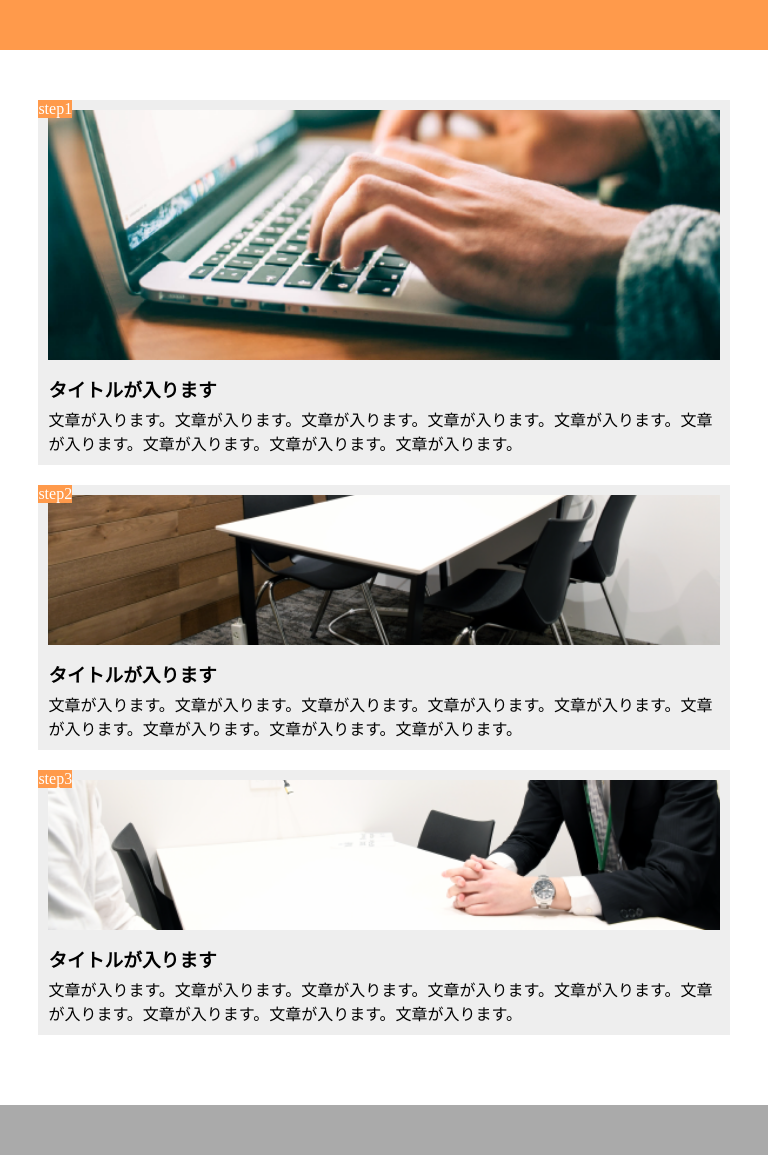
Repository: karei2640/dmm-webcanp
Page: ９章演習/９章演習.html
The author's editor kept a record of every edit. The page is drawn from the files as they stood at one moment, then again after the next edit.
The browser window is 768 px wide. The pictures show the whole page.

Above is the page before.

### ９章演習/９章演習.html
<html lang="ja">
  <head>
    <meta charset="UTF-8" />
   <meta name="viewport" content="width=device-width,initial-scale=1.0">
    <title>9章演習</title>
    <link rel="stylesheet" href="９章演習.css" />
  </head>
  <body>
    <header></header>
    <main>
      <div class="step-box">
        <div class="step-img1"></div>
        <span class="step-num">step1</span>
        <h3 class="title">タイトルが入ります</h3>
        <p class="text">
          文章が入ります。文章が入ります。文章が入ります。文章が入ります。文章が入ります。文章が入ります。文章が入ります。文章が入ります。文章が入ります。
        </p>
      </div>

      <div class="step-box">
        <div class="step-img2"></div>
        <span class="step-num">step2</span>
        <h3 class="title">タイトルが入ります</h3>
        <p class="text">
          文章が入ります。文章が入ります。文章が入ります。文章が入ります。文章が入ります。文章が入ります。文章が入ります。文章が入ります。文章が入ります。
        </p>
      </div>

      <div class="step-box">
        <div class="step-img3"></div>
        <span class="step-num">step3</span>
        <h3 class="title">タイトルが入ります</h3>
        <p class="text">
          文章が入ります。文章が入ります。文章が入ります。文章が入ります。文章が入ります。文章が入ります。文章が入ります。文章が入ります。文章が入ります。
        </p>
      </div>
    </main>
    <footer></footer>
  </body>
</html>

### ９章演習/９章演習.css
*{
  box-sizing: border-box;
  margin: 0;
  padding: 0;
}

header {
  height: 50px;
  background-color: #ff9a4b;
}

main {
  width: 960px;
  margin: 50px auto;
  display: inline-block;
}

.step-box {
  width: 300px;
  margin-right: 30px;
  padding: 10px;
  position: relative;
  background-color: #eee;
}

.step-box:last-child {
  margin-right: 0;
}

.step-img1 {
  height: 150px;
  background-image: url(img/flow01.png);
  background-position: bottom;
  background-size: cover;
}

.step-img2 {
  height: 150px;
  background-image: url(img/flow02.png);
  background-position: bottom;
  background-size: cover;
}

.step-img3 {
  height: 150px;
  background-image: url(img/flow03.png);
  background-position: bottom;
  background-size: cover;
}

.step-num {
  position: absolute;
  top: 0;
  left: 0;
  background-color: #ff9a4b;
  color: #fff;
}

.title {
  margin: 15px 0 5px;
}

footer {
  height: 50px;
  background-color: #aaa;
}


@media screen and (max-width: 768px) {
    main{
        width: 100%;
    }
.step-box{
    width:90%;
    margin-left: 5%;
    margin-right: 5%;
    margin-bottom: 20px;
}
.step-img1 {
    height: 250px;
}

}

After the next edit:
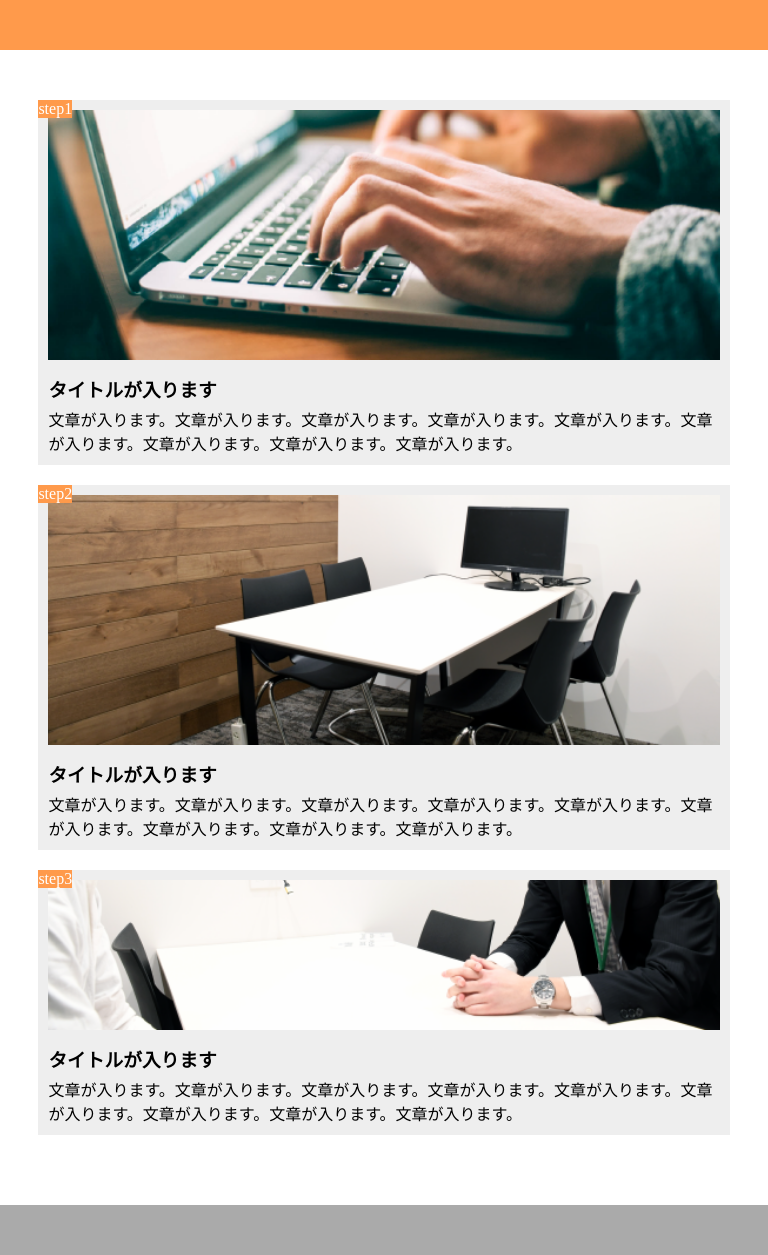
The edit:
--- a/９章演習/９章演習.css
+++ b/９章演習/９章演習.css
@@ -79,5 +79,8 @@
 .step-img1 {
     height: 250px;
 }
+    .step-img2 {
+    height: 250px;
+}
 
 }
